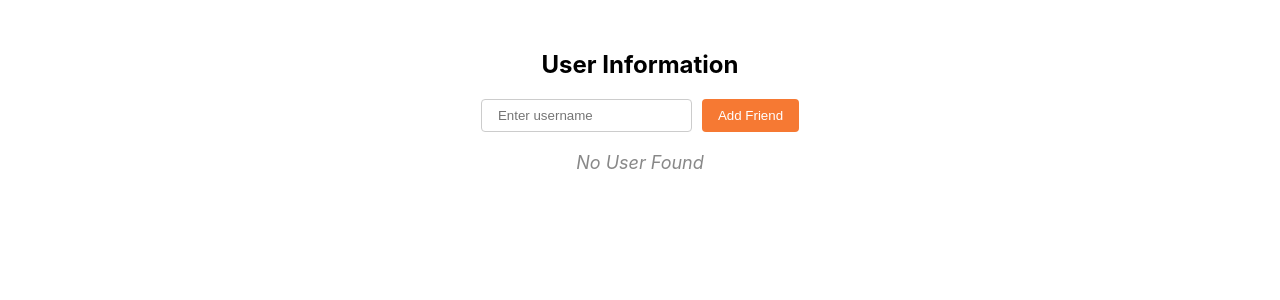
Repository: Sanketh149/leetcode-discord
Page: /
These files come from the project's save history. The page is drawn as it stood at one moment and after the next save; the edit follows.
The browser window is 1280 px wide. The pictures show the whole page.
The project was rebuilt for these pictures with package versions that can differ from the ones it lists, and the page was loaded fresh each time. Also part of the build but not shown: src/Modal.module.css, src/Modal.js, src/Cart.module.css, src/Cart.js.

Above is the page before, as saved 2023-06-21 16:25:21.

After the next save:
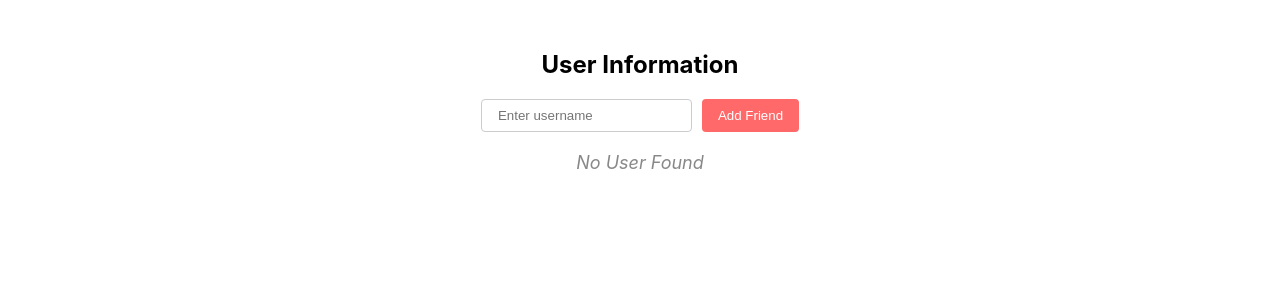
Saved 47 s later.
--- a/src/App.css
+++ b/src/App.css
@@ -33,7 +33,7 @@
 .app__button_disabled {
   padding: 8px 16px;
   border-radius: 4px;
-  background-color: rgb(246, 121, 51);
+  background-color: #ff6969;
   color: #fff;
   border: none;
   cursor: pointer;
